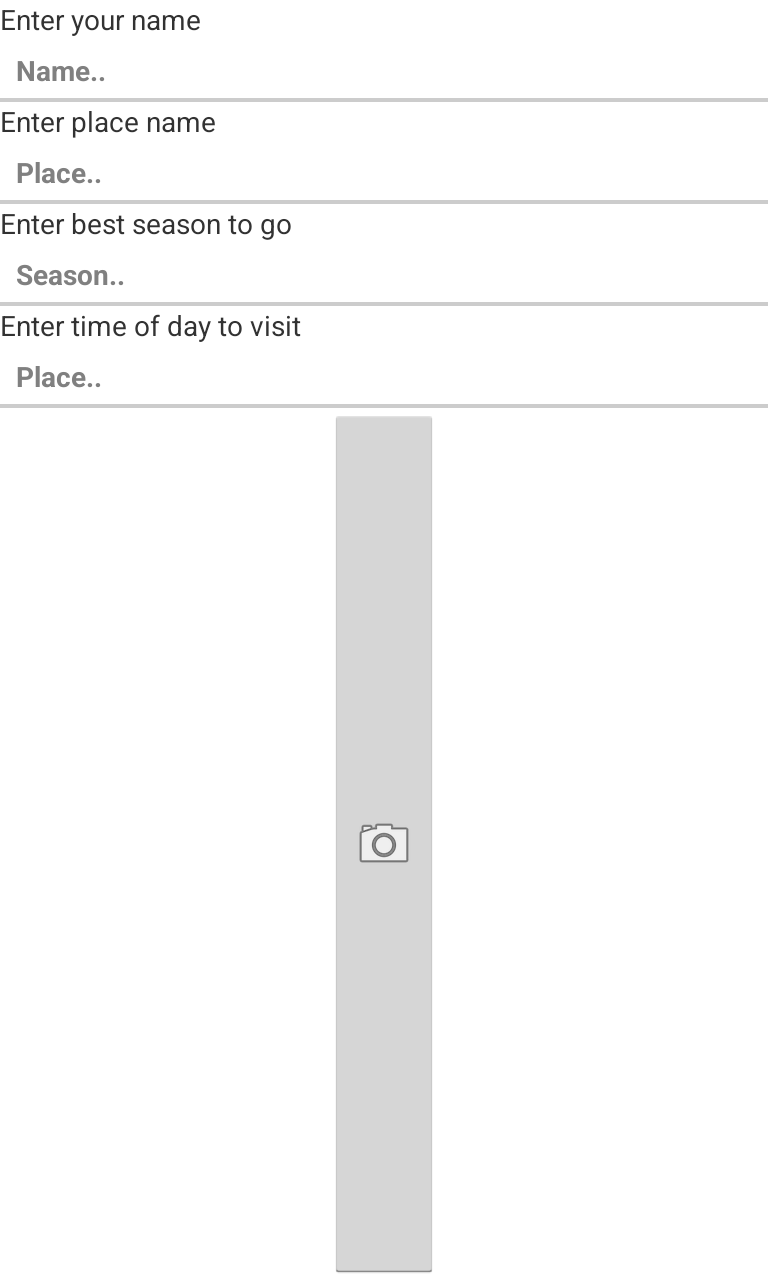
Repository: sandeshshetty/TravelZeus
Layout: TravelZeus/res/layout/fragment_insert_info.xml
An editor plug-in stored every save of this project. The layout is shown before and after the next save, followed by the edit.
It is drawn on a 768 x 1280 px phone screen (xhdpi) without system bars, with theme AppTheme; the app's code is not run.

Above is the layout before, as saved 2015-05-16 15:12:17.

### TravelZeus/res/layout/fragment_insert_info.xml
<?xml version="1.0" encoding="utf-8"?>
<LinearLayout xmlns:android="http://schemas.android.com/apk/res/android"
    android:layout_width="match_parent"
    android:layout_height="match_parent"
    android:orientation="vertical">

    <TextView
        android:layout_width="match_parent"
        android:layout_height="wrap_content"
        android:text="Enter your name" />

    <EditText
        android:id="@+id/userInputName"
        android:layout_height="wrap_content"
    	android:layout_width="match_parent"
    	android:hint="Name.."
    	style="?android:listSeparatorTextViewStyle" />

    <TextView
        android:layout_width="match_parent"
        android:layout_height="wrap_content"
        android:text="Enter place name" />

    <EditText
        android:id="@+id/userInputPlace"
        android:layout_height="wrap_content"
    	android:layout_width="match_parent"
    	android:hint="Place.."
    	style="?android:listSeparatorTextViewStyle" />

    <TextView
        android:layout_width="match_parent"
        android:layout_height="wrap_content"
        android:text="Enter best season to go" />

    <EditText
        android:id="@+id/userInputSeason"
        android:layout_height="wrap_content"
    	android:layout_width="match_parent"
    	android:hint="Season.."
    	style="?android:listSeparatorTextViewStyle" />

    <TextView
        android:layout_width="match_parent"
        android:layout_height="wrap_content"
        android:text="Enter time of day to visit" />

    <EditText
        android:id="@+id/userInputTime"
        android:layout_height="wrap_content"
    	android:layout_width="match_parent"
    	android:hint="Place.."
    	style="?android:listSeparatorTextViewStyle" />

     <ImageButton
        android:id="@+id/userInputUpload"
        android:src="@android:drawable/ic_menu_camera"
        android:layout_width="wrap_content"
        android:layout_height="0dp"
       	android:layout_weight="0.5"
       	android:layout_gravity="center_horizontal"
       	android:contentDescription="Upload place" />

</LinearLayout>

Loaded but not shown: TravelZeus/res/values/styles.xml (common file); TravelZeus/res/values-v11/styles.xml (common file); TravelZeus/res/values-v14/styles.xml (common file)

After the next save:
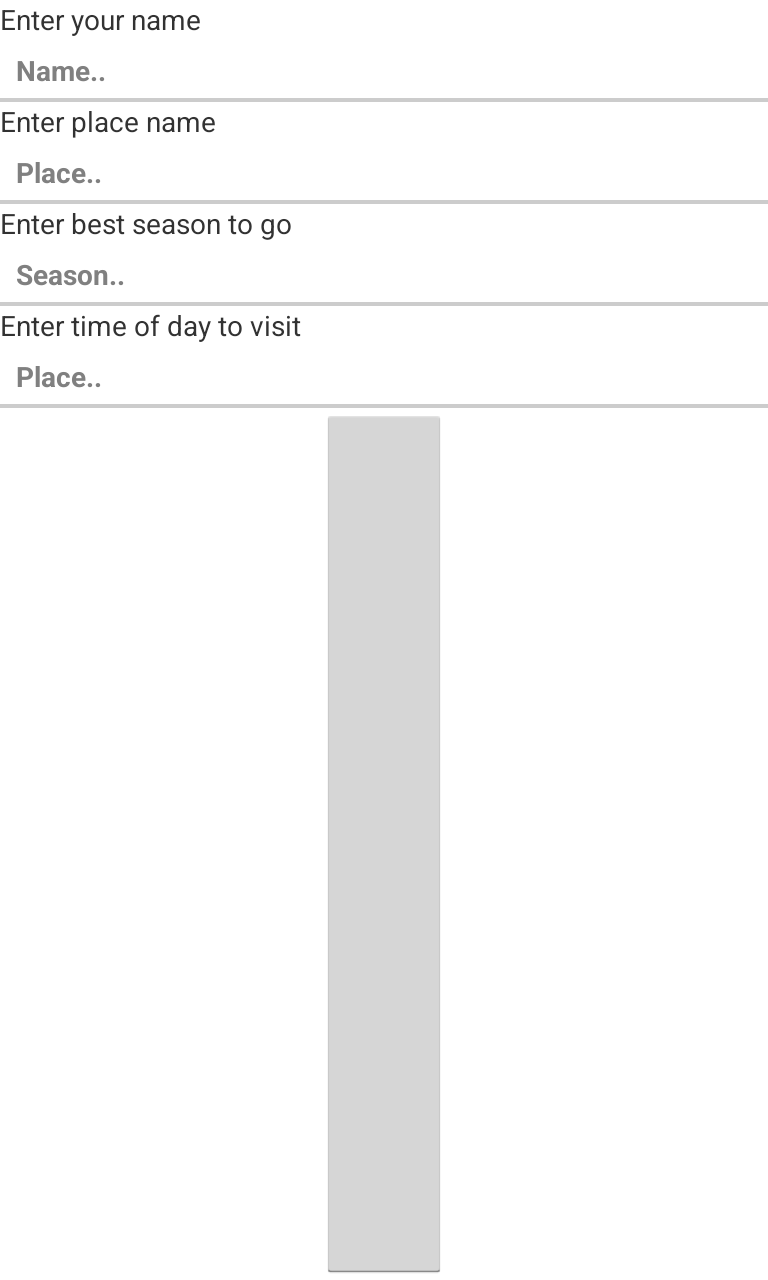
Saved 84 s later.
--- a/TravelZeus/res/layout/fragment_insert_info.xml
+++ b/TravelZeus/res/layout/fragment_insert_info.xml
@@ -52,9 +52,9 @@
     	android:hint="Place.."
     	style="?android:listSeparatorTextViewStyle" />
 
-     <ImageButton
+     <Button
         android:id="@+id/userInputUpload"
-        android:src="@android:drawable/ic_menu_camera"
+        android:src="@android:drawable/ic_menu_"
         android:layout_width="wrap_content"
         android:layout_height="0dp"
        	android:layout_weight="0.5"
